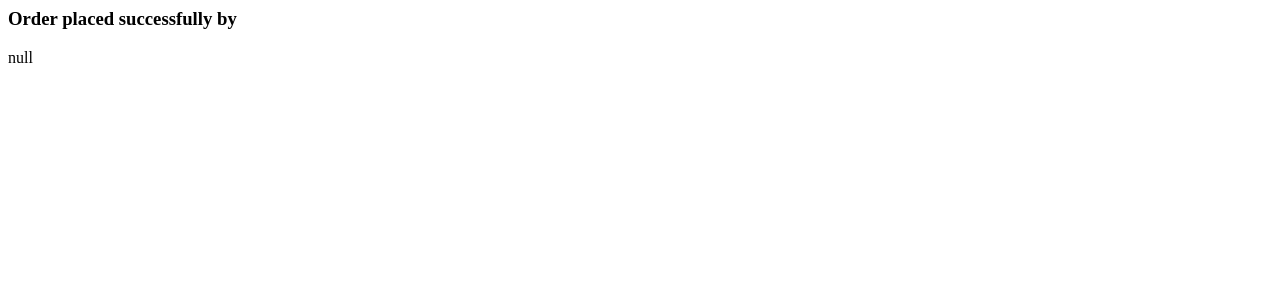
Repository: sowmini-nats/git-spring-project
Page: http://localhost/MyDemoP/ConfirmationServlet
The author's editor kept a copy of each file at every save. The page is drawn from the files as they stood at one save, then again after the next save.
The browser window is 1280 px wide. The pictures show the whole page.
The page is served by Tomcat 9.

Above is the page before, as saved 2023-10-16 05:00:43.

After the next save:
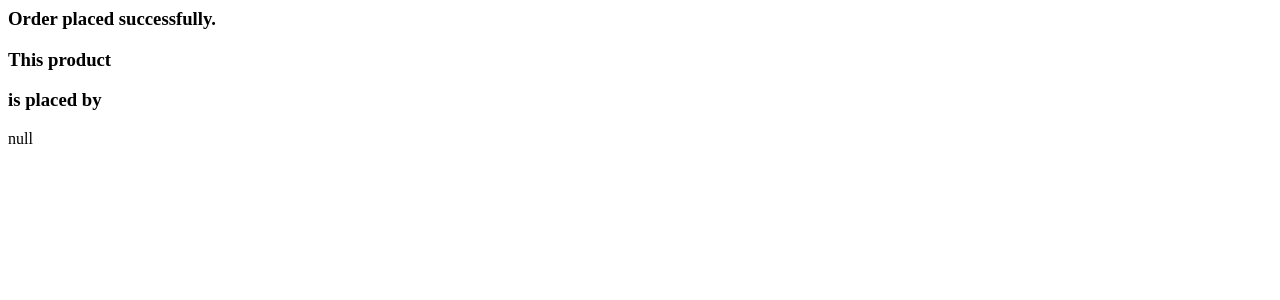
Saved 105 s later.
--- a/eclipse-workspace-servlet/MyDemoP/src/main/java/demo/ConfirmationServlet.java
+++ b/eclipse-workspace-servlet/MyDemoP/src/main/java/demo/ConfirmationServlet.java
@@ -35,7 +35,8 @@ public class ConfirmationServlet extends HttpServlet {
 		//out.println(getServletContext().getAttribute("User"));
 		String product_name=request.getParameter("name");
 		response.setContentType("text/html");
-		out.println("<h3>Order placed successfully by </h3>" +getServletContext().getAttribute("User"));
+		out.println("<h3>Order placed successfully.</h3>");
+		out.println("<h3>This product </h3>"+"<h3>is placed by </h3>"+getServletContext().getAttribute("User"));
 
 	}
 
